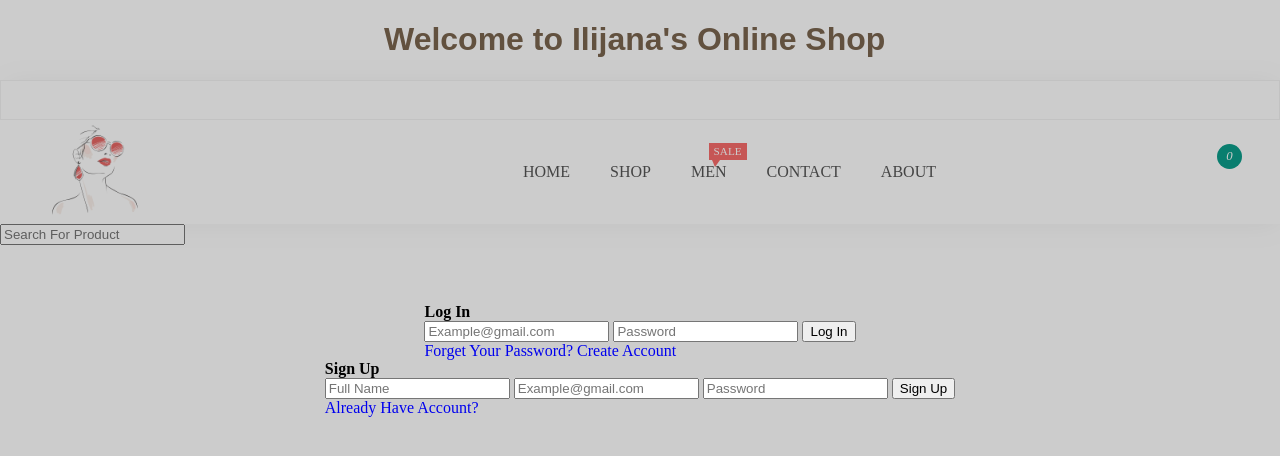
Repository: ilijana123/Proekt1
Page: html.html
An editor plug-in stored every save of this project. The page is shown before and after the next save, followed by the edit.
The browser window is 1280 px wide. The pictures show the whole page.

Above is the page before, as saved 2023-11-13 02:41:17.

After the next save:
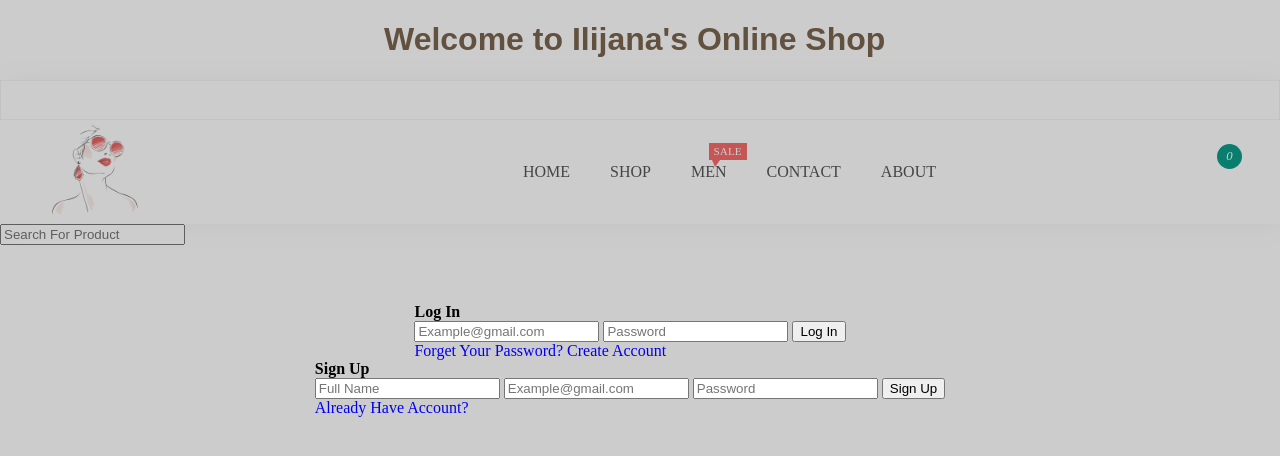
Saved 62 s later.
--- a/1.css
+++ b/1.css
@@ -139,3 +139,9 @@ nav{
     flex-direction: column;
     z-index: 102;
 }
+.login-form,
+.sign-up-form {
+    display: inline-block;
+    vertical-align: top; /* Додадете го ова за да бидат правилно подредени */
+    margin-right: 20px; /* Додадете го ова за малку меѓусебно простор */
+}
